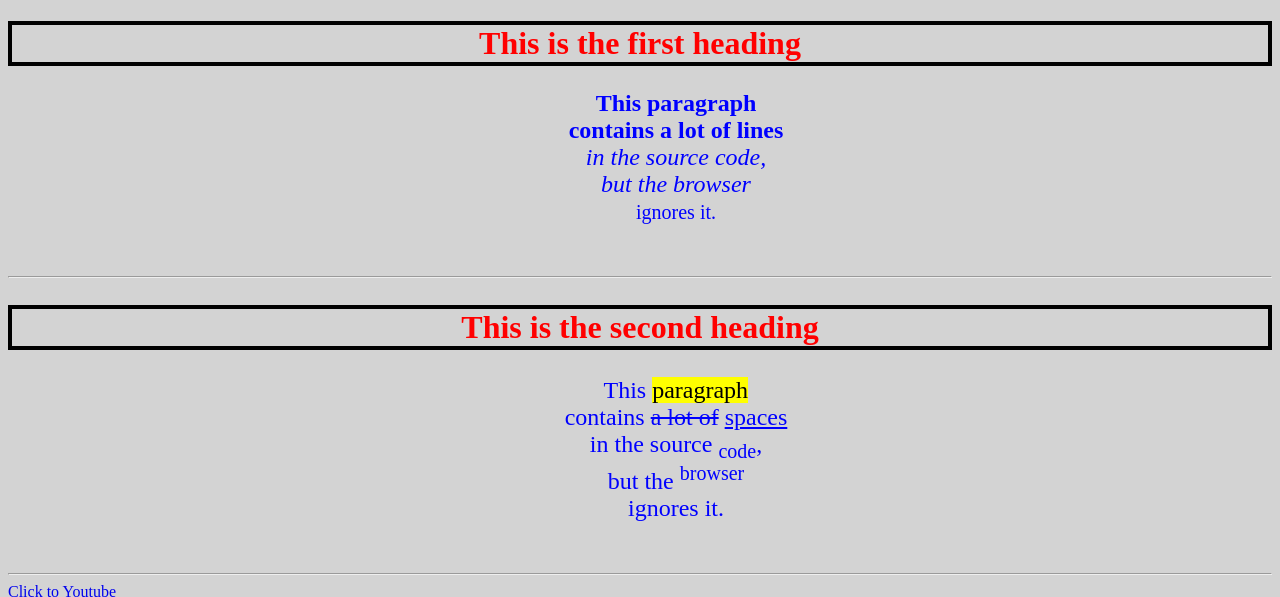
Repository: zRush1202/LoginPage-demo
Page: ex_html/index.html
An editor plug-in stored every save of this project. The page is shown before and after the next save, followed by the edit.
The browser window is 1280 px wide. The pictures show the part of the page from y = 0 to 597 px (the page is 863 px tall before and 859 px after).
Pictures or frames that could not be fetched are drawn as grey boxes.

Above is the page before, as saved 2023-09-06 17:41:59.

After the next save:
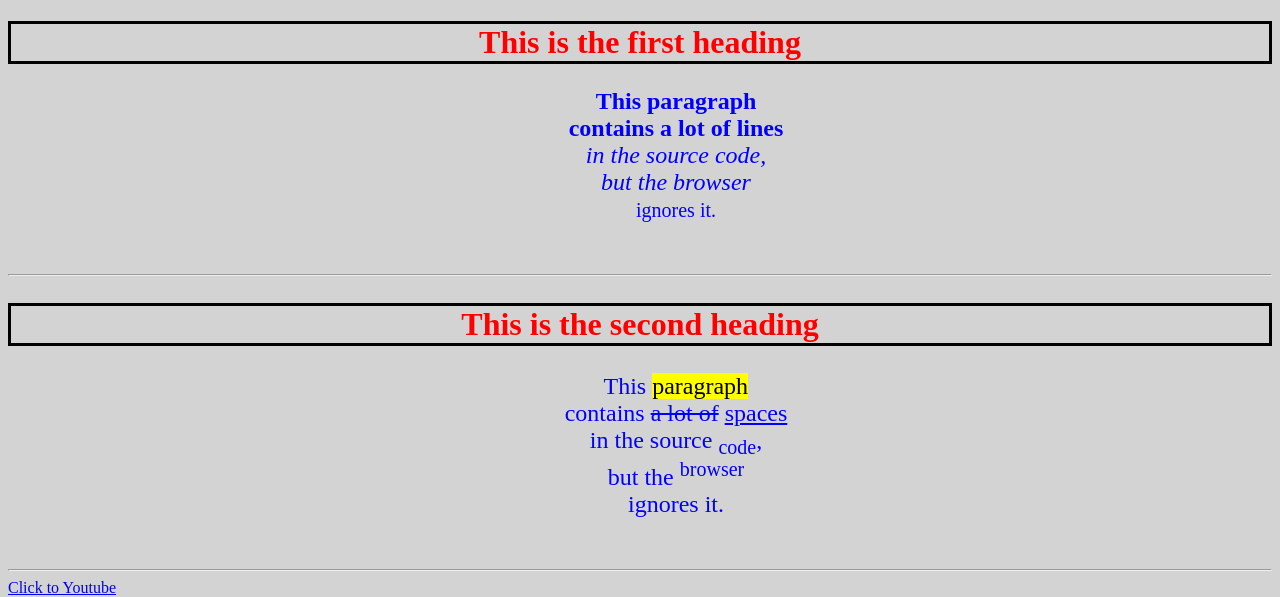
Saved 9 s later.
--- a/ex_html/style.css
+++ b/ex_html/style.css
@@ -3,14 +3,14 @@ body {
   }
   h1 {
     color: red;
-    border: 4px solid black;
+    border: 3px solid black;
     text-align: center;
     font-size: 200%;
     font-family:'Times New Roman', Times, serif;
   }
   h2 {
     color: red;
-    border: 4px solid black;
+    border: 3px solid black;
     text-align: center;
     font-size: 200%;
     font-family:'Times New Roman', Times, serif;
